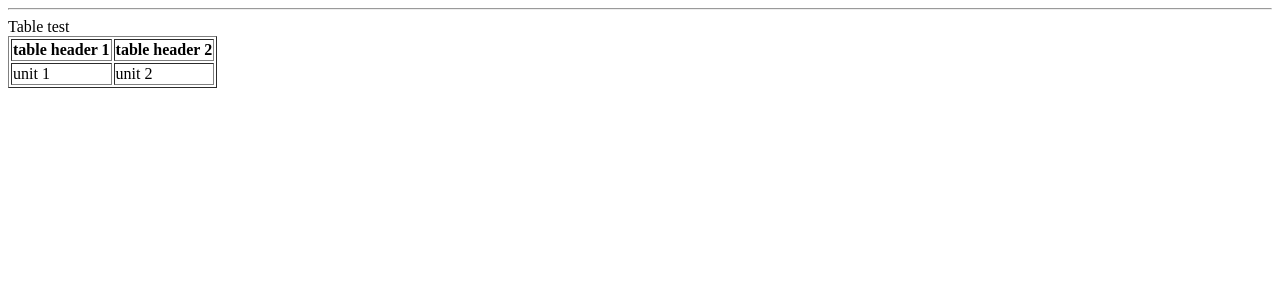
Repository: libelosophy/anjoyo
Page: workspace/QTalk/WebContent/html/table.html
An editor plug-in stored every save of this project. The page is shown before and after the next save, followed by the edit.
The browser window is 1280 px wide. The pictures show the whole page.

Above is the page before, as saved 2013-09-09 11:17:48.

### workspace/QTalk/WebContent/html/table.html
<html>
<head>
<title>HTML Layout</title>
<meta name="author" content="jh">

</head>
<hr />
<body>



	<table border="1"> Table test
		<tr>
			<th>table header 1</th>
			<th>table header 2</th>
		</tr>
		<tr>
			<td>unit 1</td>
			<td>unit 2</td>
		</tr>
	</table>


</body>
</html>

After the next save:
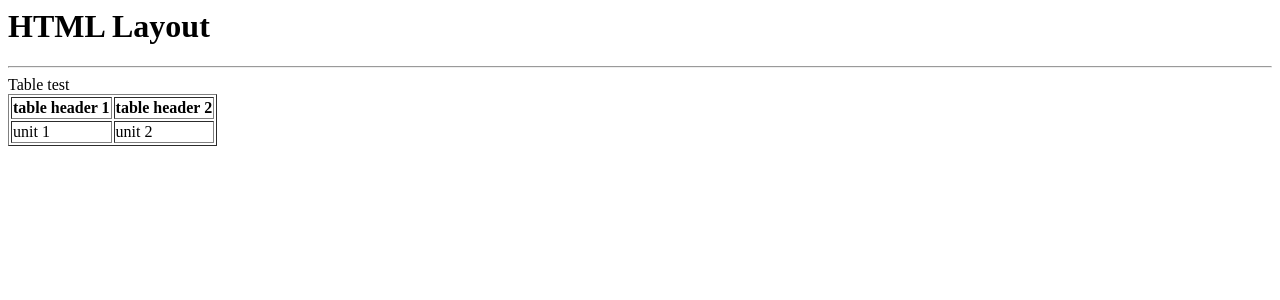
Saved 42 s later.
--- a/workspace/QTalk/WebContent/html/table.html
+++ b/workspace/QTalk/WebContent/html/table.html
@@ -4,9 +4,10 @@
 <meta name="author" content="jh">
 
 </head>
+
+<h1> HTML Layout </h1>
+<body>
 <hr />
-<body>
-
 
 
 	<table border="1"> Table test
